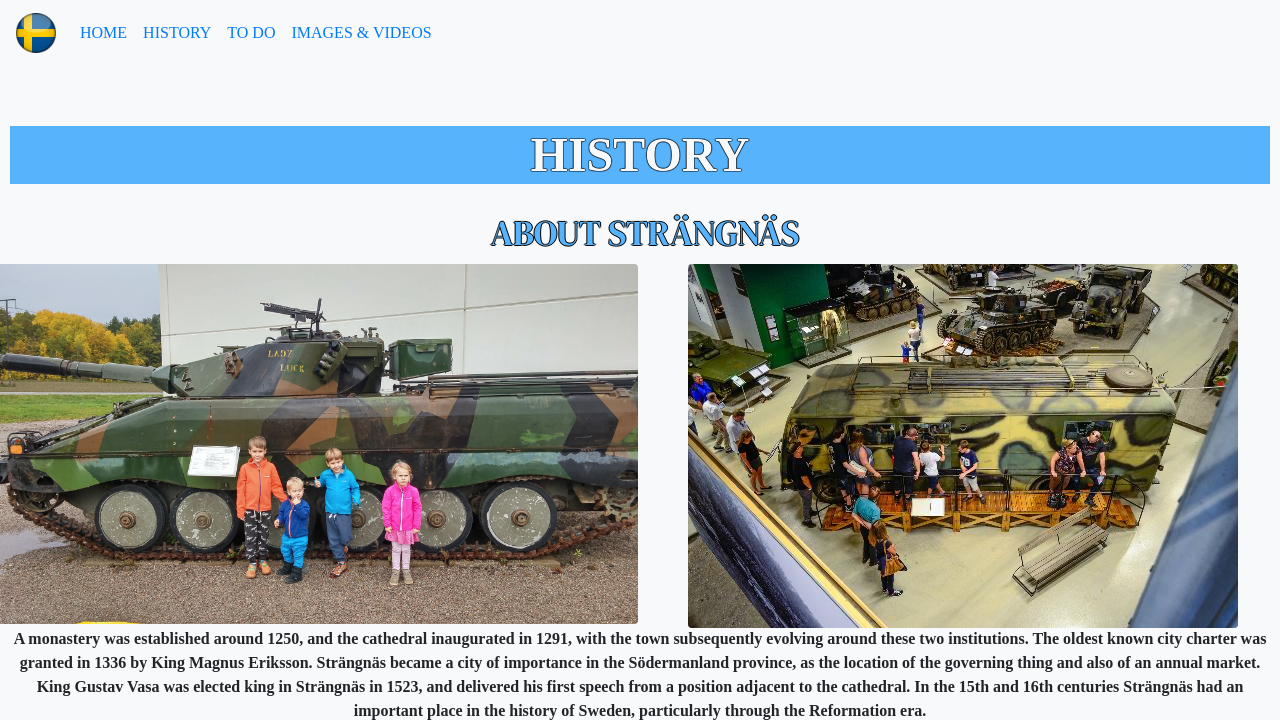
Repository: kososwede/first-project
Page: history.html
The author's editor kept a record of every edit. The page is drawn from the files as they stood at one moment, then again after the next edit.
The browser window is 1280 px wide. The pictures show the whole page.
An inner scrolling area shows only its first screen. Some web fonts or font styles are not loaded; a fallback is used.

Above is the page before.

### history.html
<!DOCTYPE html>
<html lang="en">

<head>
  <meta charset="UTF-8">
  <meta name="viewport" content="width=device-width, initial-scale=1.0">
  <meta http-equiv="X-UA-Compatible" content="ie=edge">
  <link rel="stylesheet" href="https://stackpath.bootstrapcdn.com/bootstrap/4.3.1/css/bootstrap.min.css" integrity="sha384-ggOyR0iXCbMQv3Xipma34MD+dH/1fQ784/j6cY/iJTQUOhcWr7x9JvoRxT2MZw1T" crossorigin="anonymous">
  <link rel="stylesheet" href="https://stackpath.bootstrapcdn.com/font-awesome/4.7.0/css/font-awesome.min.css" type="text/css" />
  <link rel="stylesheet" href="https://cdnjs.cloudflare.com/ajax/libs/ionicons/2.0.1/css/ionicons.min.css">
  <link rel="stylesheet" href="https://cdnjs.cloudflare.com/ajax/libs/hover.css/2.3.1/css/hover-min.css" integrity="sha256-c+C87jupO1otD1I5uyxV68WmSLCqtIoNlcHLXtzLCT0=" crossorigin="anonymous" />
  <link rel="stylesheet" href="assets/css/style.css" type="text/css" />
  <title>Welcome To Strängnäs</title>
  <title>Document</title>
</head>

<body>

  <!----------------------header-------------------------->

  <!----------nav------->

  <nav class="navbar navbar-expand-lg navbar-light bg-light">
    <a class="navbar-brand" href="index.html"><img class="image-size" src="assets/images/sweden-flag-png-1.png"></img></a>
    <button class="navbar-toggler" type="button" data-toggle="collapse" data-target="#navbarNavAltMarkup" aria-controls="navbarNavAltMarkup" aria-expanded="false" aria-label="Toggle navigation">
    <span class="navbar-toggler-icon"></span>
  </button>
    <div class="collapse navbar-collapse" id="navbarNavAltMarkup">
      <div class="navbar-nav">
        <a class="nav-item nav-link text-primary" href="index.html">HOME<span class="sr-only">(current)</span></a>
        <a class="nav-item nav-link text-primary" href="history.html">HISTORY</a>
        <a class="nav-item nav-link text-primary" href="places.html">TO DO</a>
        <a class="nav-item nav-link text-primary" href="images+videos.html">IMAGES & VIDEOS</a>
      </div>
    </div>
  </nav>



  <!---------------main------------------------------------>
  <div id="container">
    <h1 class="to-do">HISTORY</h1>
    <h2 class="to-do-sub-head1">ABOUT STRÄNGNÄS</h2>
    <div class="row">
      <div class="col-6">
        <img src="assets/images/arsenalen.jpg" class="rounded float-center img-fluid"></img>
      </div>
      <div class="col-6">
        <img src="assets/images/arsenalen2.jpg" class="rounded float-center img-fluid"></img>
      </div>
      <div class="col-12">
        <p> A monastery was established around 1250, and the cathedral inaugurated in 1291, with the town subsequently evolving around these two institutions. The oldest known city charter was granted in 1336 by King Magnus Eriksson. Strängnäs became a city
          of importance in the Södermanland province, as the location of the governing thing and also of an annual market. King Gustav Vasa was elected king in Strängnäs in 1523, and delivered his first speech from a position adjacent to the cathedral.
          In the 15th and 16th centuries Strängnäs had an important place in the history of Sweden, particularly through the Reformation era.</P>

          <div class="col-6">
        <img src="assets/images/arsenalen.jpg" class="rounded float-center img-fluid"></img>
      </div>

      <div class="col-6">
        <img src="assets/images/arsenalen.jpg" class="rounded float-center img-fluid"></img>
      </div>
      <div class="col-12">
          <P>Strängnäs was the native city of prominent reformer Laurentius Andreae and the home city of both Andreae and
          Olaus Petri. It became a regional centre of education and scholarship, and in 1626 the Thomas Gymnasium was established by King Gustavus Adolphus, and is today Sweden's second oldest operating gymnasium. The urban and economic development of
          Strängnäs seems to have slowed after the Reformation, only flourishing temporarily with the arrival of energetic bishops. The city was slow to engage with the 19th century industrial development and investment found in other areas. A significant
          fire in 1871 led to large-scale reconstruction of the city, from which time its current appearance stems.</P>
        </p>
        <div class="col-6">
        <img src="assets/images/arsenalen.jpg" class="rounded float-center img-fluid"></img>
      </div>
      <div class="col-6">
        <img src="assets/images/arsenalen.jpg" class="rounded float-center img-fluid"></img>
      </div>
        <p>To visit the Arsenalen website <a href="https://arsenalen.se/" target="_blank">CLICK HERE!!</a>

      </div>
    </div>

    <!----------------------footer------------------------>
    <div class="footer-basic">
      <footer>
        <div class="social"><a href="#"><i class="icon ion-social-instagram"></i></a><a href="#"><i class="icon ion-social-snapchat"></i></a><a href="#"><i class="icon ion-social-twitter"></i></a><a href="#"><i class="icon ion-social-facebook"></i></a></div>
        <h2>For more information about Strängnäs and the surrounding area search for "Södermanland" in the social media links above or enter your Email below to receive up to date offers and discounts on activities and restaurants in the whole of Södermanland.</h3>
          <form class="form-inline justify-content-center">
            <div class="form-group">
              <input type="email" class="form-control" id="email" aria-describedby="emailHelp" placeholder="Enter email">
              <button type="submit" class="btn btn-primary">Submit</button>
            </div>
          </form>

      </footer>
      <p class="copyright">Chris McIlgrew © 2019</p>

    </div>





    <script src="https://code.jquery.com/jquery-3.3.1.slim.min.js" integrity="sha384-q8i/X+965DzO0rT7abK41JStQIAqVgRVzpbzo5smXKp4YfRvH+8abtTE1Pi6jizo" crossorigin="anonymous"></script>
    <script src="https://cdnjs.cloudflare.com/ajax/libs/popper.js/1.14.7/umd/popper.min.js" integrity="sha384-UO2eT0CpHqdSJQ6hJty5KVphtPhzWj9WO1clHTMGa3JDZwrnQq4sF86dIHNDz0W1" crossorigin="anonymous"></script>
    <script src="https://stackpath.bootstrapcdn.com/bootstrap/4.3.1/js/bootstrap.min.js" integrity="sha384-JjSmVgyd0p3pXB1rRibZUAYoIIy6OrQ6VrjIEaFf/nJGzIxFDsf4x0xIM+B07jRM" crossorigin="anonymous"></script>
</body>

</html>

### assets/css/style.css
@import url('https://fonts.googleapis.com/css?family=Sniglet&display=swap');
@import url('https://fonts.googleapis.com/css?family=Courgette&display=swap');
@import url('https://fonts.googleapis.com/css?family=DM+Serif+Display&display=swap');
body,
html {
    width: 100%;
    height: 100%;
    overflow-x: hidden;
}

body {
    font-family: 'Source Sans Pro';

}
 navbar {
     margin-right: 10px;
 }


.image-size {
    height: 40px;
}


.masthead {
    min-height: 30rem;
    position: relative;
    display: table;
    width: 100%;
    height: 100%;
    padding-top: 0rem;
    padding-bottom: 0rem;
    background: -webkit-gradient(linear, left top, right top, from(rgba(255, 255, 255, 0.1)), to(rgba(255, 255, 255, 0.1))), url("../images/viewofstrangnas.jpg");
    background: linear-gradient(90deg, rgba(255, 255, 255, 0.1) 0%, rgba(255, 255, 255, 0.1) 100%), url("../images/viewofstrangnas.jpg");
    background-image: url(../images/viewofstrangnas.jpg);
    background-position: center center;
    background-repeat: no-repeat;
    background-size: cover;

}

h1 {
    font-weight: bolder;
    color: #dece0e;
    text-shadow: #000 0px 0px 1px, #000 0px 0px 1px, #000 0px 0px 1px,
    #000 0px 0px 1px, #000 0px 0px 1px, #000 0px 0px 1px;
    font-size: 3rem;

}

h3 {
    color: #fff;
    text-shadow: #000 0px 0px 1px, #000 0px 0px 1px, #000 0px 0px 1px,
    #000 0px 0px 1px, #000 0px 0px 1px, #000 0px 0px 1px;
}



/*-------------------------------------places-------------------------*/

.to-do {
    color: #f8f9fa;
    background-color: #56b3fc;
    text-align: center;
    margin-top: 50px;

}

.to-do-sub-head1 {
    font-family: 'DM Serif Display', serif;
    padding-left: 10px;
    padding-top: 20px;
    font-size: 35px;
    color: #56b3fc ;
     text-shadow: -1px 0 black, 0 1px black, 1px 0 black, 0 -1px black;
}





#container {
    padding: 10px;
    margin-left: 0px;
    margin-right: 0px;
    display: inline-block;
    text-align: center;
    background-color: #f8f9fa;
}

.img.fluid {
    max-width: 100%;
    height: auto;
}

.col-6 {
    padding: 2px;
    text-align: center;
    height: 365px;
    width: 550px;
}


p {
    font-weight: bold;
}

hr {
    width: 50%;
}

/*-----------------------------------------footer--*/

.footer-basic {
    padding: 0px 0;
    background-color: #f8f9fa;
    color: #4b4c4d;
}

.footer-basic ul {
    padding-left: 50px;
    padding-right: 50px;
    list-style: none;
    text-align: center;
    font-size: 18px;
    line-height: 1.6;
    margin-bottom: 0;
}

.footer-basic li {
    padding: 0 10px;
}

.footer-basic ul a {
    color: inherit;
    text-decoration: none;
    opacity: 0.8;
}

.footer-basic ul a:hover {
    opacity: 1;
}

.footer-basic .social {
    text-align: center;
    padding-bottom: 25px;
    padding-top: 25px;
}

.footer-basic .social>a {
    font-size: 24px;
    width: 40px;
    height: 40px;
    line-height: 40px;
    display: inline-block;
    text-align: center;
    border-radius: 50%;
    border: 1px solid #ccc;
    margin: 0 8px;
    color: inherit;
    opacity: 0.75;

}

.footer-basic .social>a:hover {
    opacity: 0.9;
}

.footer-basic .copyright {
    margin-top: 15px;
    text-align: center;
    font-size: 13px;
    color: #aaa;
    margin-bottom: 0;
    padding-bottom: 15px;
}

.footer-basic h2 {
    font-size: 25px;
    font-style: italic;
    margin-left: 50px;
    margin-right: 50px;
    text-align: center;
}

btn {
    margin-top: 0;
}

/*-----------------------------history---*/

.col-lg-6 {
padding: 0;
margin: 0;
}

.content-section {
 padding-top: 0px;
 padding-right: 0;
 background-color: royalblue;


}

.history-color {
 color: #fff;
 text-decoration: underline yellow;
 }

  .col-lg-4 {
  width: 100%;
 }

After the next edit:
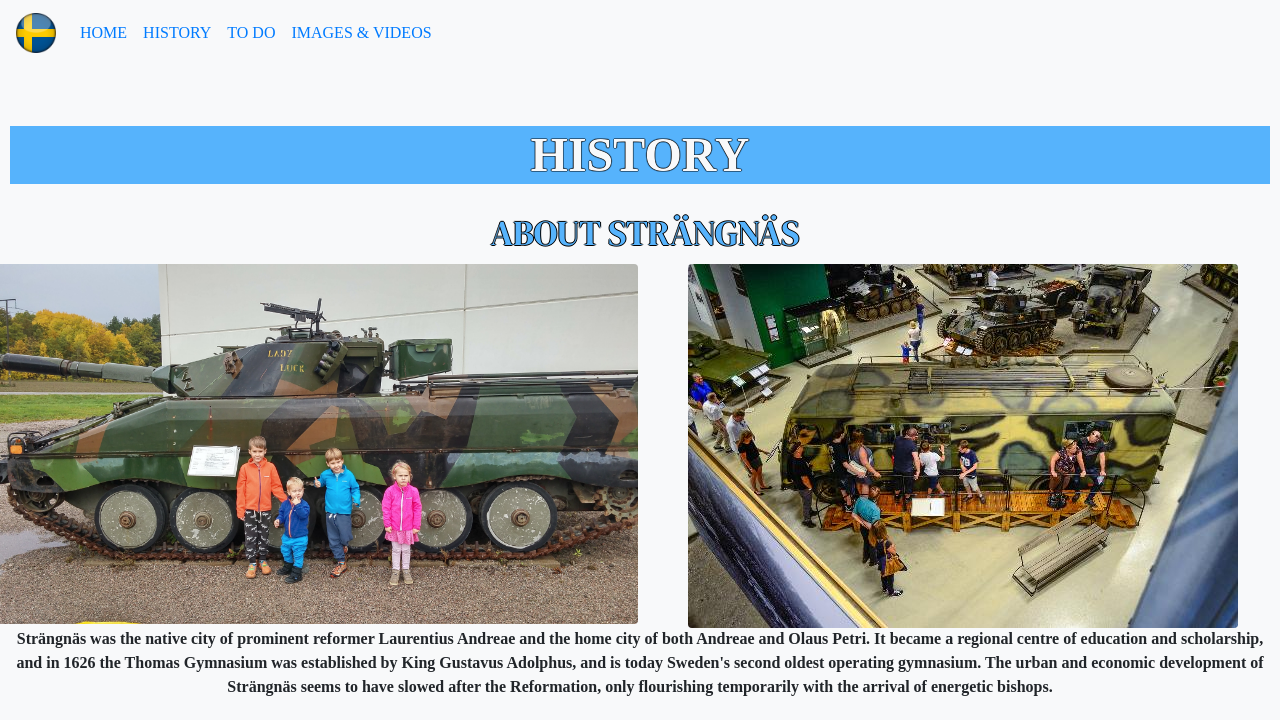
The edit:
--- a/history.html
+++ b/history.html
@@ -41,7 +41,7 @@
   <div id="container">
     <h1 class="to-do">HISTORY</h1>
     <h2 class="to-do-sub-head1">ABOUT STRÄNGNÄS</h2>
-    <div class="row">
+     <div class="row">
       <div class="col-6">
         <img src="assets/images/arsenalen.jpg" class="rounded float-center img-fluid"></img>
       </div>
@@ -49,17 +49,20 @@
         <img src="assets/images/arsenalen2.jpg" class="rounded float-center img-fluid"></img>
       </div>
       <div class="col-12">
-        <p> A monastery was established around 1250, and the cathedral inaugurated in 1291, with the town subsequently evolving around these two institutions. The oldest known city charter was granted in 1336 by King Magnus Eriksson. Strängnäs became a city
-          of importance in the Södermanland province, as the location of the governing thing and also of an annual market. King Gustav Vasa was elected king in Strängnäs in 1523, and delivered his first speech from a position adjacent to the cathedral.
-          In the 15th and 16th centuries Strängnäs had an important place in the history of Sweden, particularly through the Reformation era.</P>
+        <p>Strängnäs was the native city of prominent reformer Laurentius Andreae and the home city of both Andreae and
+          Olaus Petri. It became a regional centre of education and scholarship, and in 1626 the Thomas Gymnasium was established by King Gustavus Adolphus, and is today Sweden's second oldest operating gymnasium. The urban and economic development of
+          Strängnäs seems to have slowed after the Reformation, only flourishing temporarily with the arrival of energetic bishops.
+          </p></div>
 
-          <div class="col-6">
-        <img src="assets/images/arsenalen.jpg" class="rounded float-center img-fluid"></img>
+
+          <div class="col-12">
+          The city was slow to engage with the 19th century industrial development and investment found in other areas. A significant
+          fire in 1871 led to large-scale reconstruction of the city, from which time its current appearance stems.
+        </p>
+        <p>To visit the Arsenalen website <a href="https://arsenalen.se/" target="_blank">CLICK HERE!!</a>
+
       </div>
-
-      <div class="col-6">
-        <img src="assets/images/arsenalen.jpg" class="rounded float-center img-fluid"></img>
-      </div>
+    </div>
       <div class="col-12">
           <P>Strängnäs was the native city of prominent reformer Laurentius Andreae and the home city of both Andreae and
           Olaus Petri. It became a regional centre of education and scholarship, and in 1626 the Thomas Gymnasium was established by King Gustavus Adolphus, and is today Sweden's second oldest operating gymnasium. The urban and economic development of
